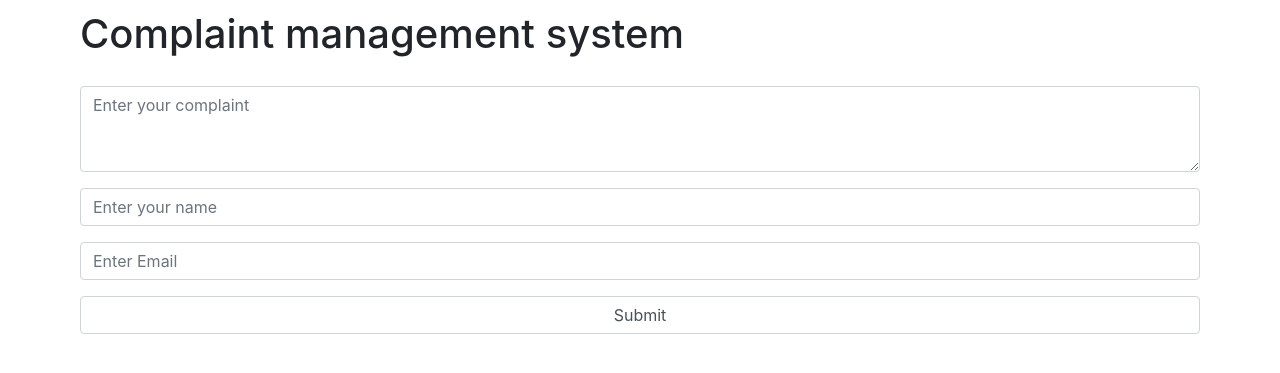
Repository: mkejeiri/Java-Entreprise
Page: http://localhost/complaintsystem/helloWorld
An editor plug-in stored every save of this project. The page is shown before and after the next save, followed by the edit.
The browser window is 1280 px wide. The pictures show the whole page.
The page is served by Tomcat 9.

Above is the page before, as saved 2018-05-10 19:24:25.

After the next save:
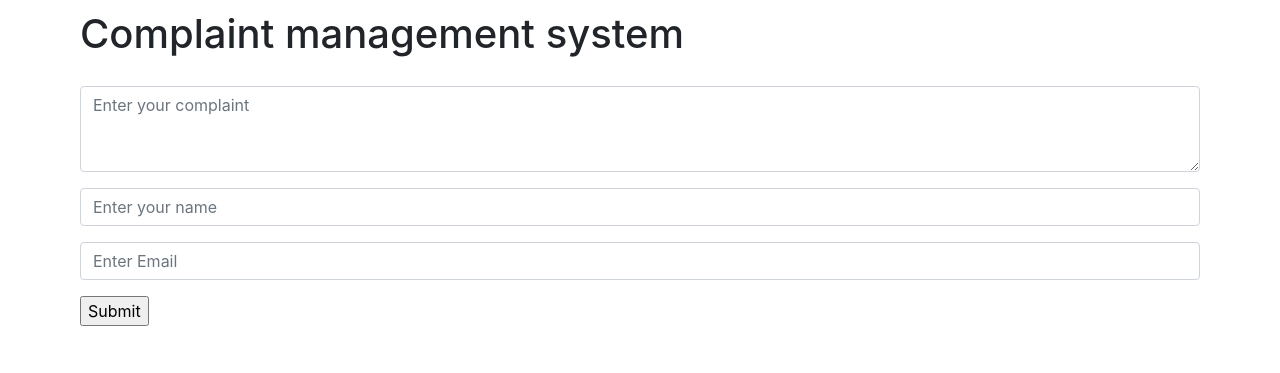
Saved 32 s later.
--- a/complaintsystem/complaintsystem/WebContent/WEB-INF/HelloWorld.jsp
+++ b/complaintsystem/complaintsystem/WebContent/WEB-INF/HelloWorld.jsp
@@ -27,9 +27,7 @@
 			<div class="form-group">
 			    <input type="email" class="form-control" name="email" placeholder="Enter Email">
 			</div>
-			<div class="form-group">
-			    <input type="submit" class="form-control" value="Submit">
-			</div>
+			<input type="submit" class=".btn btn-default" value="Submit" >
 		</form>
 	</div>
 	<script src="https://code.jquery.com/jquery-3.3.1.slim.min.js" integrity="sha384-q8i/X+965DzO0rT7abK41JStQIAqVgRVzpbzo5smXKp4YfRvH+8abtTE1Pi6jizo" crossorigin="anonymous"></script>
